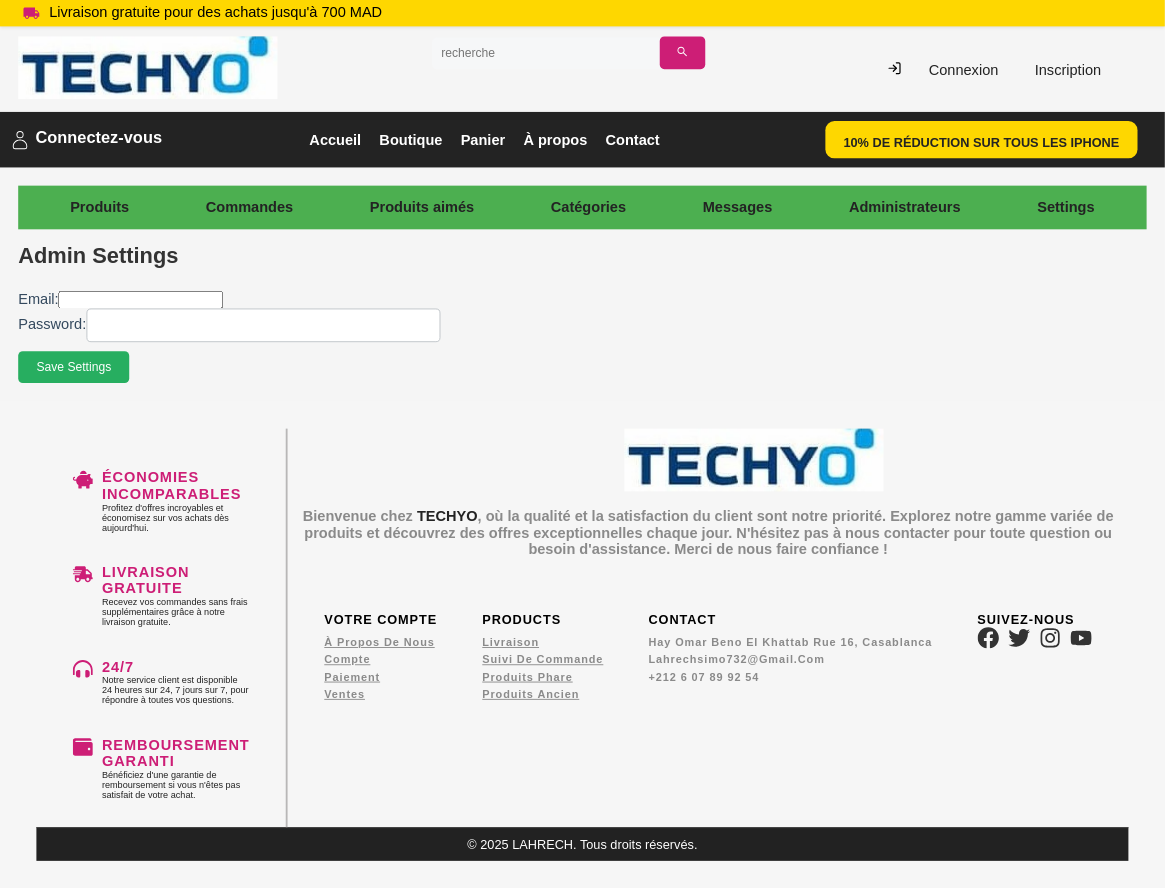
Repository: sebti-cloud/project-modern
Page: /admin-settings (app in ecommerce_website/)
These files come from the project's save history. The page is drawn as it stood at one moment and after the next save; the edit follows.
The browser window is 1280 px wide. The pictures show the whole page, at 91% of full size.
The page's requests for data from a server got no answer. The project was rebuilt for these pictures with package versions that can differ from the ones it lists, and the page was loaded fresh each time. No one was signed in, and anything a server would have sent is missing. Also part of the build but not shown: ecommerce_website/src/comp/home.js, ecommerce_website/src/comp/shop.js, ecommerce_website/src/comp/cart.js, ecommerce_website/src/comp/contact.js, ecommerce_website/src/comp/rout.js, ecommerce_website/src/comp/Products.js, ecommerce_website/src/comp/Orders.js, ecommerce_website/src/comp/LikedProducts.js and 26 more.

Above is the page before, as saved 2025-01-08 13:02:48.

After the next save:
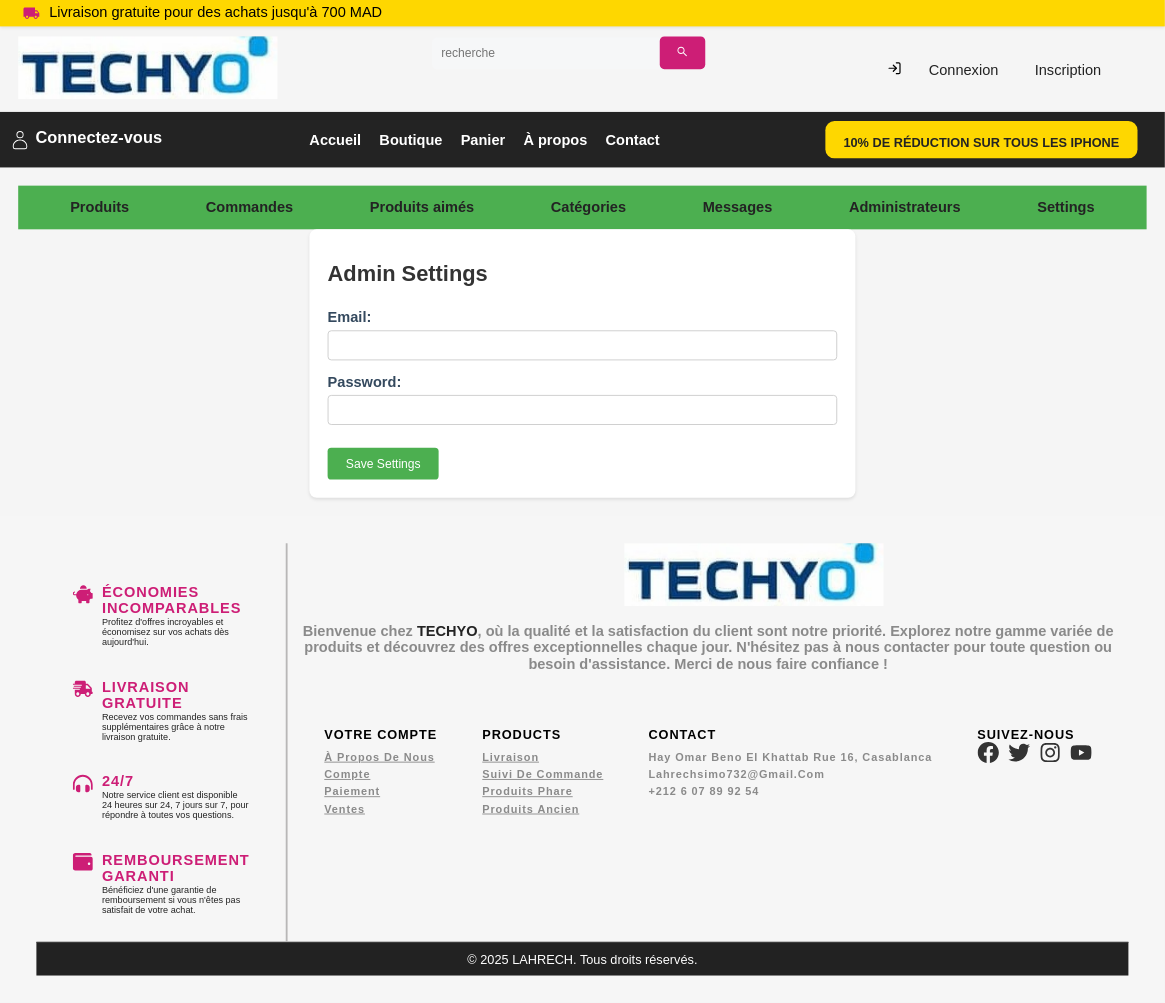
Saved 40 s later.
--- a/ecommerce_website/src/comp/admin.css
+++ b/ecommerce_website/src/comp/admin.css
@@ -432,3 +432,42 @@ form .details{
     margin-right: 5px;
     font-size: 20px;
   }
+
+  .settings-content {
+    max-width: 600px;
+    margin: 0 auto;
+    background: white;
+    padding: 20px;
+    box-shadow: 0 2px 4px rgba(0, 0, 0, 0.1);
+    border-radius: 8px;
+  }
+
+  .settings-form .form-group {
+    margin-bottom: 15px;
+  }
+
+  .settings-form .form-group label {
+    display: block;
+    margin-bottom: 5px;
+    font-weight: bold;
+  }
+
+  .settings-form .form-group input {
+    width: 100%;
+    padding: 8px;
+    border: 1px solid #ccc;
+    border-radius: 4px;
+  }
+
+  .btn-save {
+    background-color: #4CAF50;
+    color: white;
+    border: none;
+    padding: 10px 20px;
+    border-radius: 4px;
+    cursor: pointer;
+  }
+
+  .btn-save:hover {
+    background-color: #45a049;
+  }
